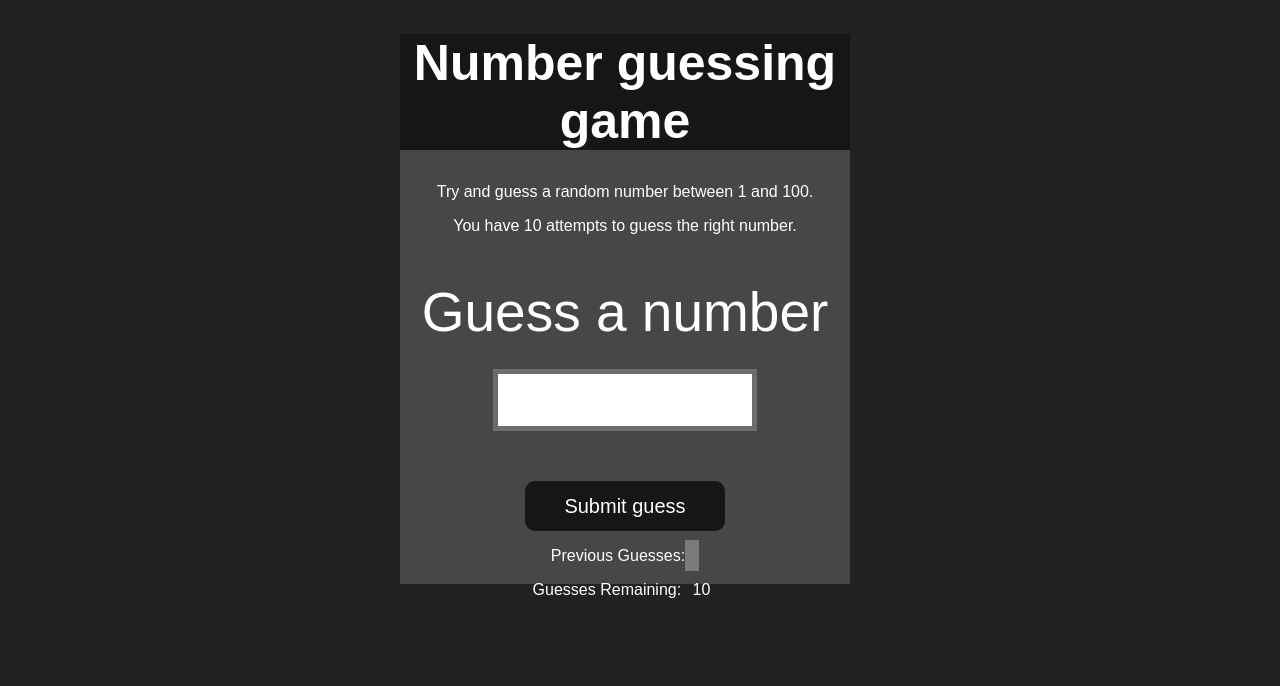
Repository: VishwaGoswami1407/JavaScript-Practice
Page: 07_projects/project4.html
An editor plug-in stored every save of this project. The page is shown before and after the next save, followed by the edit.
The browser window is 1280 px wide. The pictures show the whole page.

Above is the page before, as saved 2024-07-07 19:30:12.

After the next save:
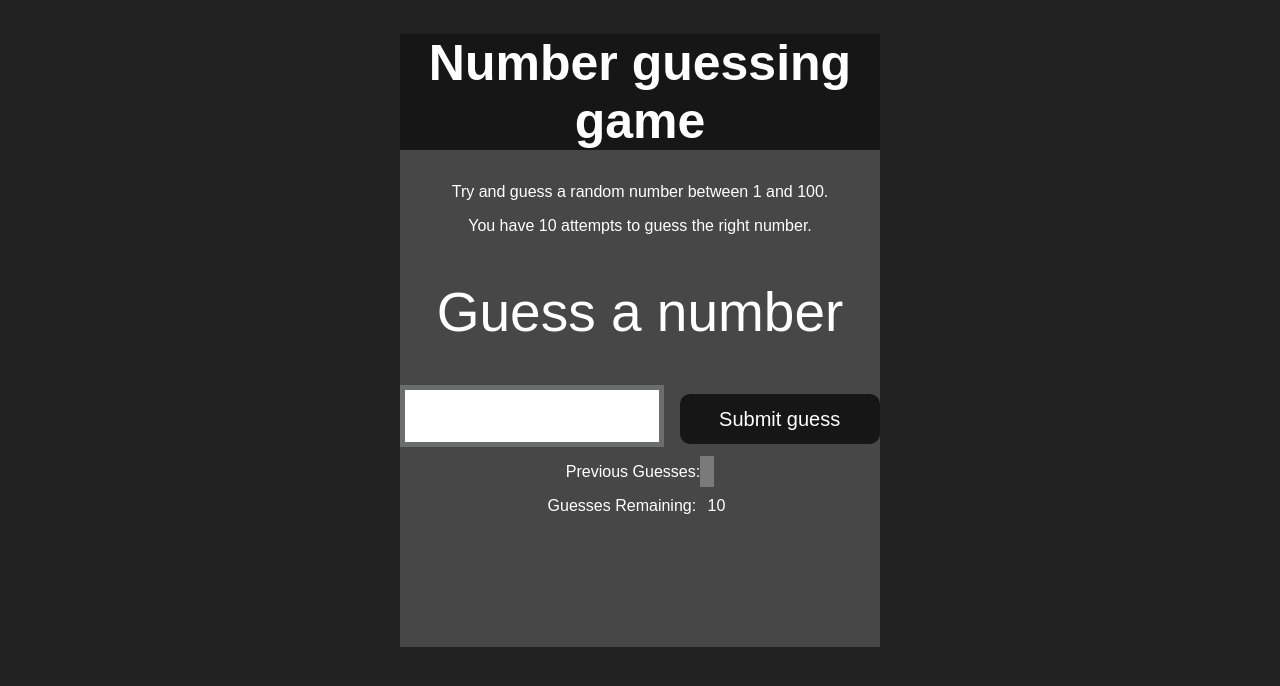
Saved 95 s later.
--- a/07_projects/style4.css
+++ b/07_projects/style4.css
@@ -71,8 +71,8 @@ html {
   #wrapper {
     box-sizing: border-box;
     text-align: center;
-    width: 450px;
-    height: 550px;
+
+    height: 613px;
     background-color: #474747;
     color: #fff;
     font-size: 25px;
